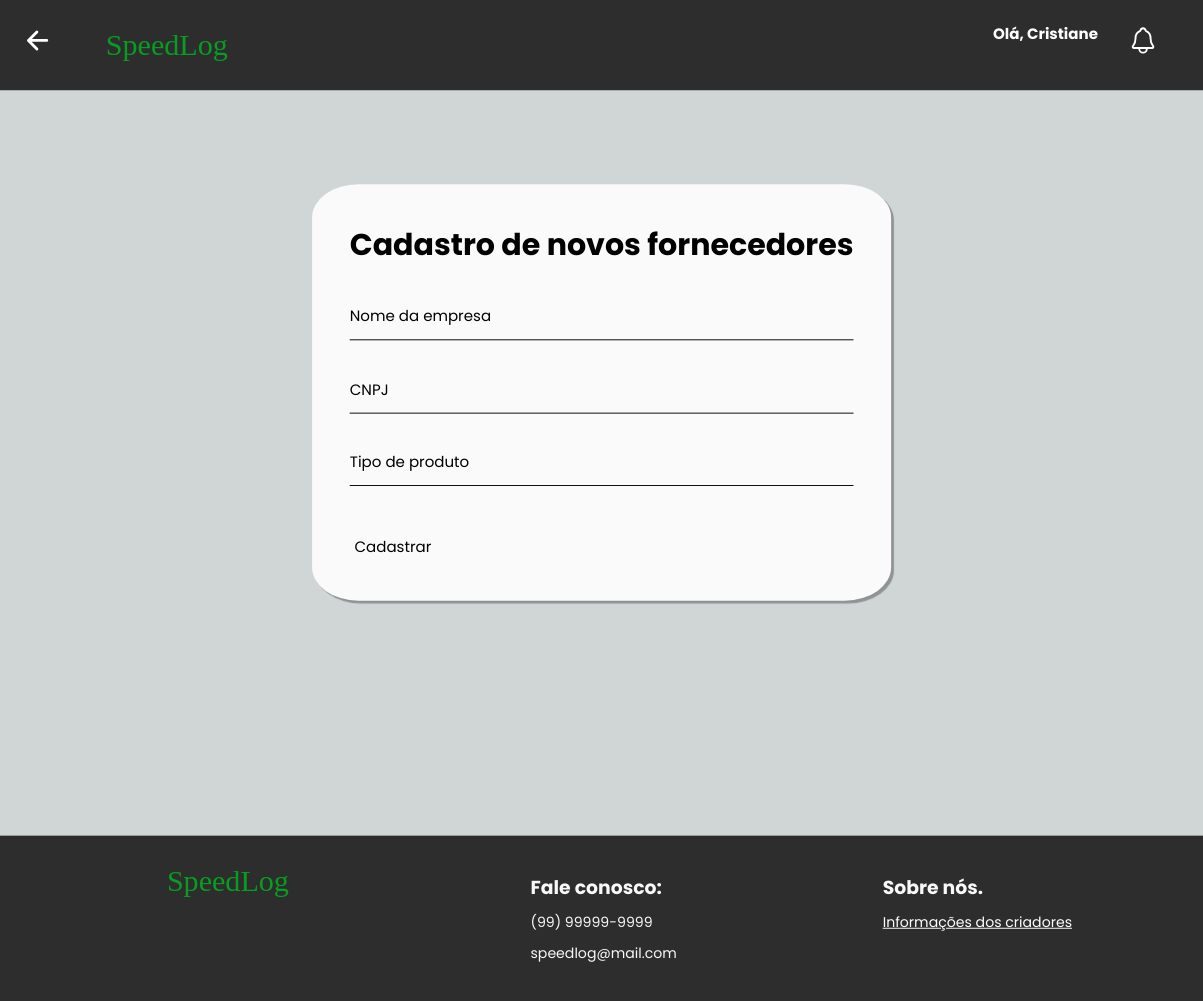
Repository: crisholiveira/speedlog
Page: http://localhost/cadastroDeFornecedor/
An editor plug-in stored every save of this project. The page is shown before and after the next save, followed by the edit.
The browser window is 1280 px wide. The pictures show the whole page, at 94% of full size.
Some web fonts or font styles are not loaded; a fallback is used. The page is served by the project's Node server (app.js).

Above is the page before, as saved 2022-01-16 21:13:11.

After the next save:
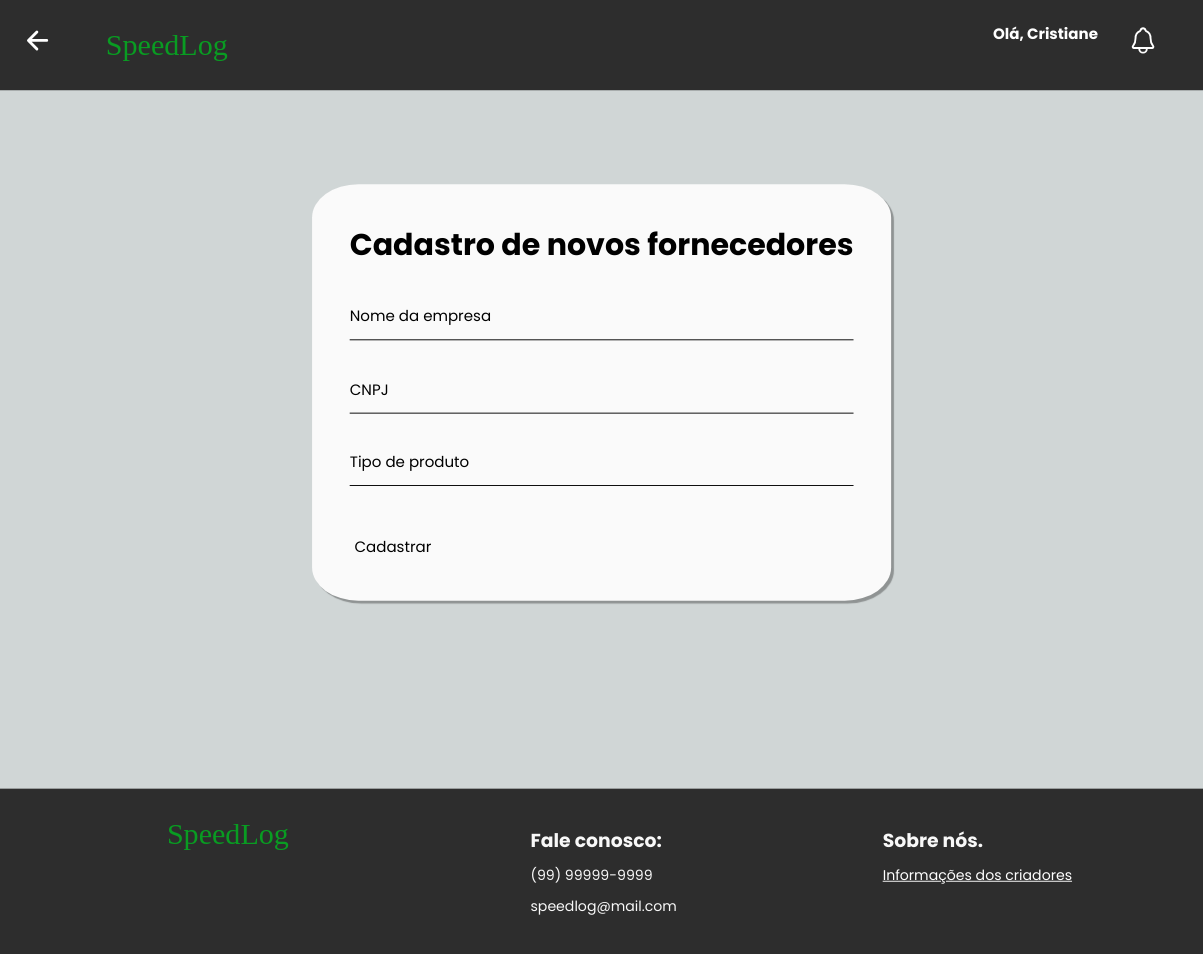
Saved 17 s later.
--- a/public/stylesheets/cadFornecedor.css
+++ b/public/stylesheets/cadFornecedor.css
@@ -17,7 +17,7 @@ body{ /*
     justify-content: center;
     width: 100%;
     margin-top: 100px;
-    margin-bottom: 250px;
+    margin-bottom: 200px;
 
 }
 
